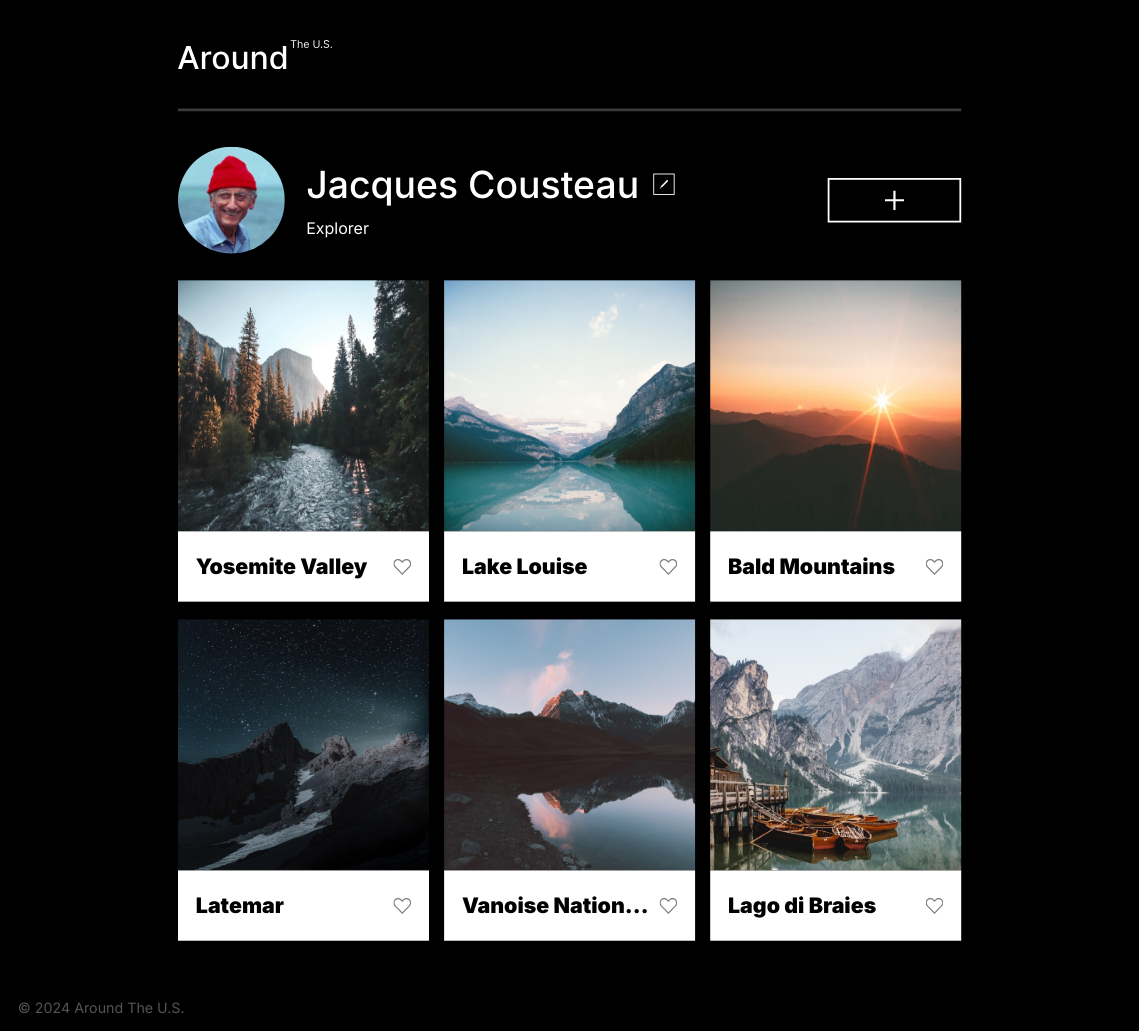
Repository: luisbaezx/se_project_aroundtheus
Page: index.html
The author's editor kept a copy of each file at every save. The page is drawn from the files as they stood at one save, then again after the next save.
The browser window is 1280 px wide. The pictures show the whole page, at 89% of full size.

Above is the page before, as saved 2024-05-28 07:08:40.

After the next save:
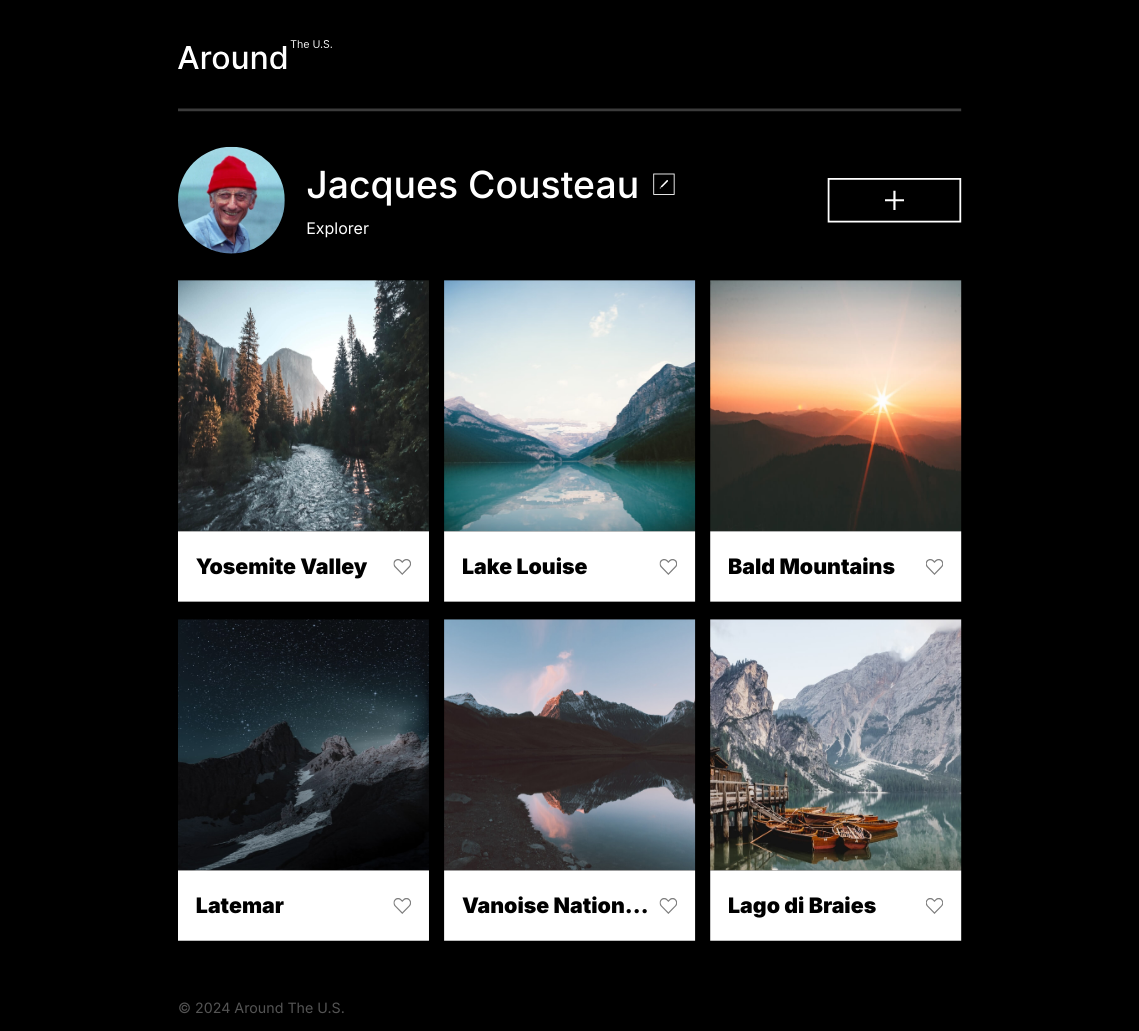
Saved 53 s later.
--- a/blocks/page.css
+++ b/blocks/page.css
@@ -167,10 +167,16 @@
   opacity: 0.5;
 }
 
+.footer {
+  max-width: 880px;
+  width: 100%;
+  position: relative;
+  margin: 0 auto;
+}
+
 .footer__copyright {
   color: #545454;
   padding-top: 50px;
-  max-width: 880px;
 }
 
 @media screen and (max-width: 480px) {
